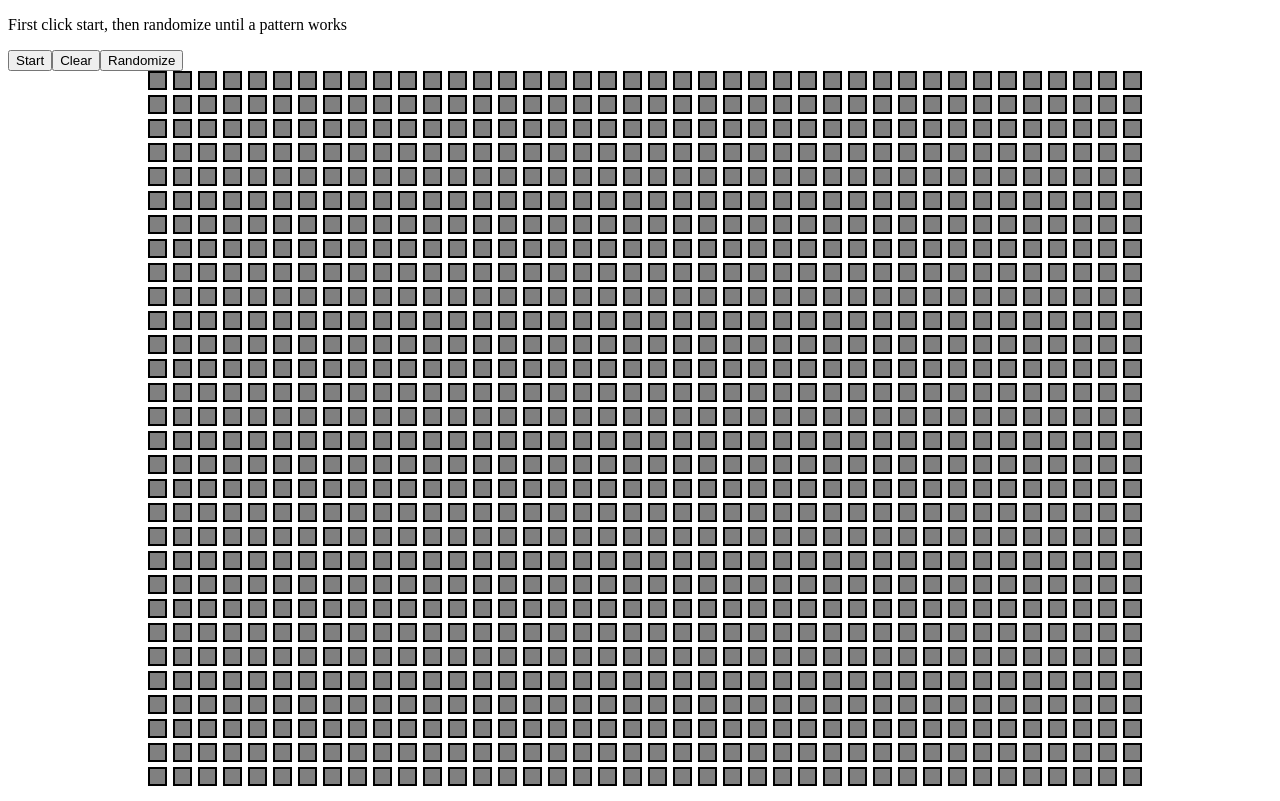
Repository: avanbussum/cellular-automata
Page: /
The author's editor kept a copy of each file at every save. The page is drawn from the files as they stood at one save, then again after the next save.
The browser window is 1280 px wide. The pictures show the whole page.
The project was rebuilt for these pictures with package versions that can differ from the ones it lists, and the page was loaded fresh each time.

Above is the page before, as saved 2023-04-29 01:38:24.

After the next save:
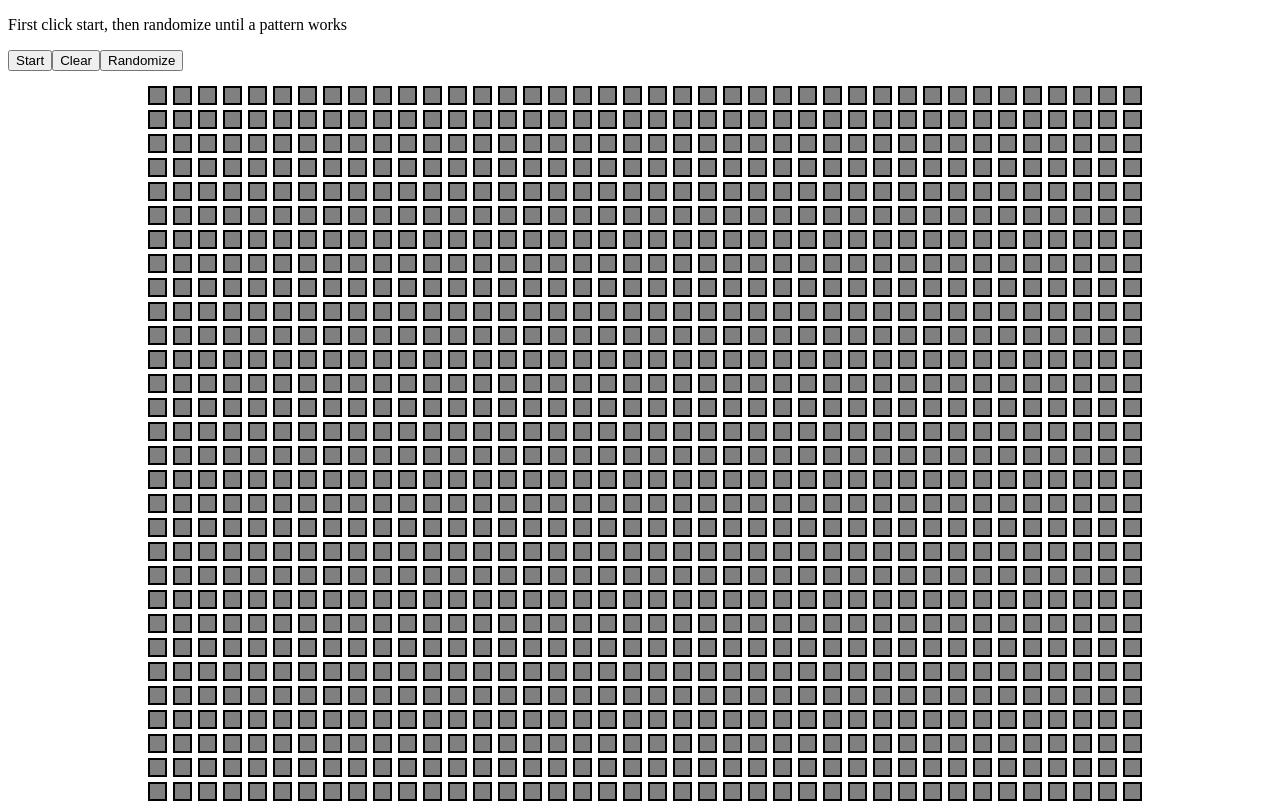
Saved 30 s later.
--- a/src/App.js
+++ b/src/App.js
@@ -202,7 +202,7 @@ export const App = () => {
           rowGap: '5px',
           columnGap: '15px',
           justifyContent: 'center',
-          marginBottom: '15px',
+          marginTop: '15px',
         }}
       >
         {grid.map((rows, x) =>
